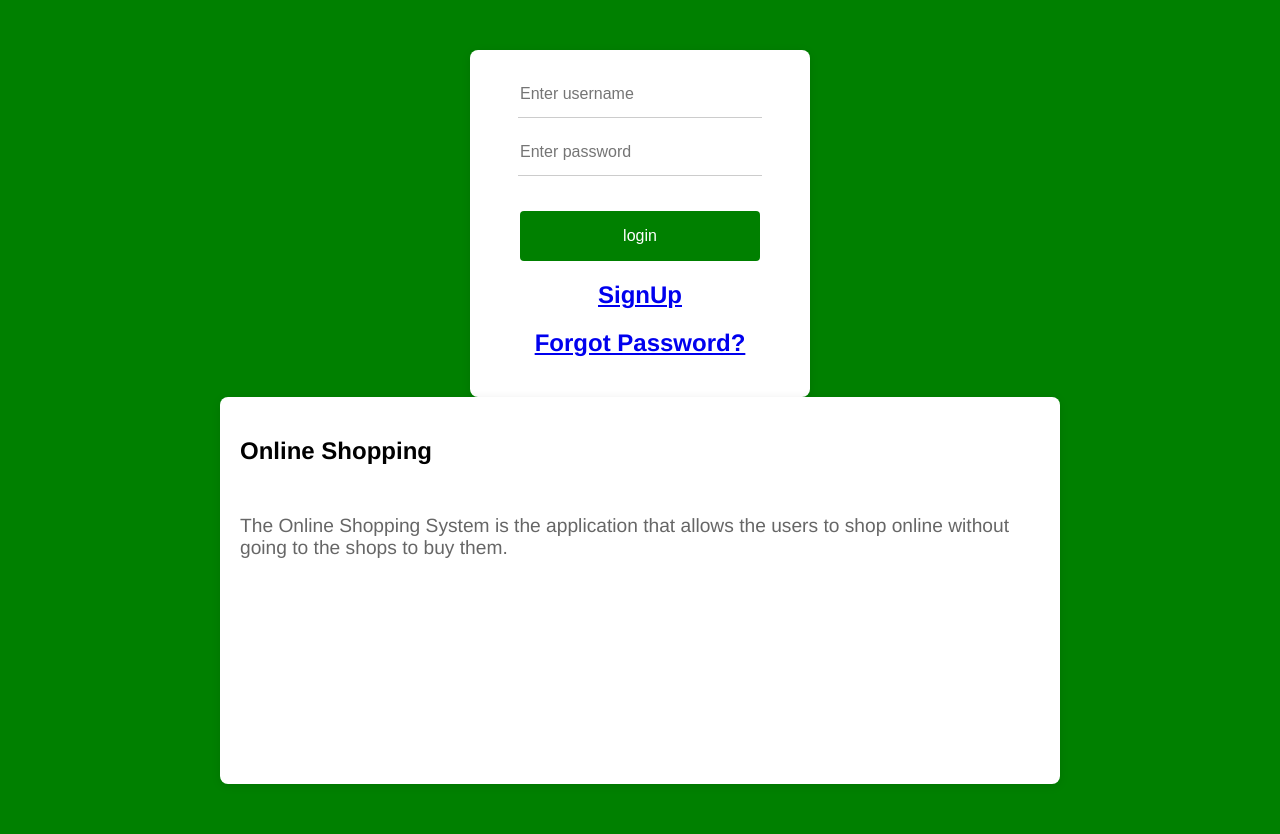
Repository: Dineshbabu290904/DigiMart
Page: http://localhost/DigiMart/login.jsp
An editor plug-in stored every save of this project. The page is shown before and after the next save, followed by the edit.
The browser window is 1280 px wide. The pictures show the whole page.
The page is served by Tomcat 9. Other server files are loaded and not shown.

Above is the page before, as saved 2024-10-15 04:01:26.

### DigiMart/src/main/webapp/login.jsp

<!DOCTYPE html>
<html>
<head>
<link rel="stylesheet" href="css/signup-style.css">
<title>Login</title>
</head>
<body>
<div id='container'>
  <div class='signup'>
     <form action="login" method="post">
     	<input type="text" name="username" placeholder="Enter username" required>
     	<input type="password" name="password" placeholder="Enter password" required>
     	<input type="submit" value="login">
     </form>
      <h2><a href="signup.jsp">SignUp</a></h2>
       <h2><a href="forgotPassword.jsp">Forgot Password?</a></h2>
  </div>
  <div class='whysignLogin'>
  		  <%
            String msg = request.getParameter("msg");
            if ("notexist".equals(msg)) {
          %>
          <h1>Incorrect Username or Password</h1>
          <% } else if ("invalid".equals(msg)) { %>
          <h1>Some thing Went Wrong! Try Again !</h1>
          <% } %>

    <h2>Online Shopping</h2>
    <p>The Online Shopping System is the application that allows the users to shop online without going to the shops to buy them.</p>
  </div>
</div>

</body>
</html>

### DigiMart/src/main/webapp/css/signup-style.css
body {
    background-color: green;
    font: 1em Helvetica, sans-serif;
}

#container {
    max-width: 840px; /* Maintain maximum width */
    margin: 50px auto; /* Center with margin on top */
}

.whysign,
.whysignLogin,
.whyforgotPassword,
.signup {
    background-color: white;
    border-radius: 0.5rem; /* Bootstrap's default border radius */
    padding: 20px; /* Padding inside cards */
    box-shadow: 0 2px 10px rgba(0, 0, 0, 0.1); /* Add shadow for depth */
}

.whysign {
    height: 528px;
}

.whysignLogin {
    height: 347px;
}

.whyforgotPassword {
    height: 470px;
}

.signup {
    width: 100%; /* Full width in the grid */
    max-width: 300px; /* Constrain width */
    margin: 0 auto; /* Center in the column */
    text-align: center;
}

[type=text],
[type=email],
[type=number],
[type=password],
select,
option {
    display: block;
    width: 80%; /* Responsive width */
    margin: 0 auto 10px; /* Center form controls */
    border: 0;
    border-bottom: 1px solid rgba(0, 0, 0, 0.2);
    height: 45px;
    line-height: 45px;
    font-size: 1em;
    color: black;
}

[type=submit] {
    margin-top: 25px;
    width: 80%; /* Full width of form */
    border: 0;
    background-color: green; /* Match the body background */
    border-radius: 0.25rem; /* Bootstrap button radius */
    height: 50px;
    color: white;
    font-weight: 400;
    font-size: 1em;
}

[type='text']:focus {
    outline: none;
    border-color: #53CACE; /* Focus border color */
}

h1 {
    color: red;
    font-weight: 900;
    font-size: 2.5em;
}

p {
    color: rgba(0, 0, 0, 0.6);
    font-size: 1.2em;
    margin: 50px 0; /* Keep margin for separation */
}

span {
    font-size: 0.75em;
    background-color: white;
    padding: 2px 5px;
    color: rgba(0, 0, 0, 0.6);
    border-radius: 2px;
    box-shadow: 1px 1px 1px rgba(0, 0, 0, 0.3);
    margin: 5px;
    transition: color 0.3s; /* Smooth color transition */
}

span:hover {
    color: #53CACE;
}

p:nth-of-type(2) {
    font-size: 1em;
}

/* Utility classes to override Bootstrap defaults */
.mb-4 {
    margin-bottom: 1.5rem !important; /* Customize margin-bottom for spacing */
}

.text-danger {
    color: red !important; /* Ensure red text for headings */
}

After the next save:
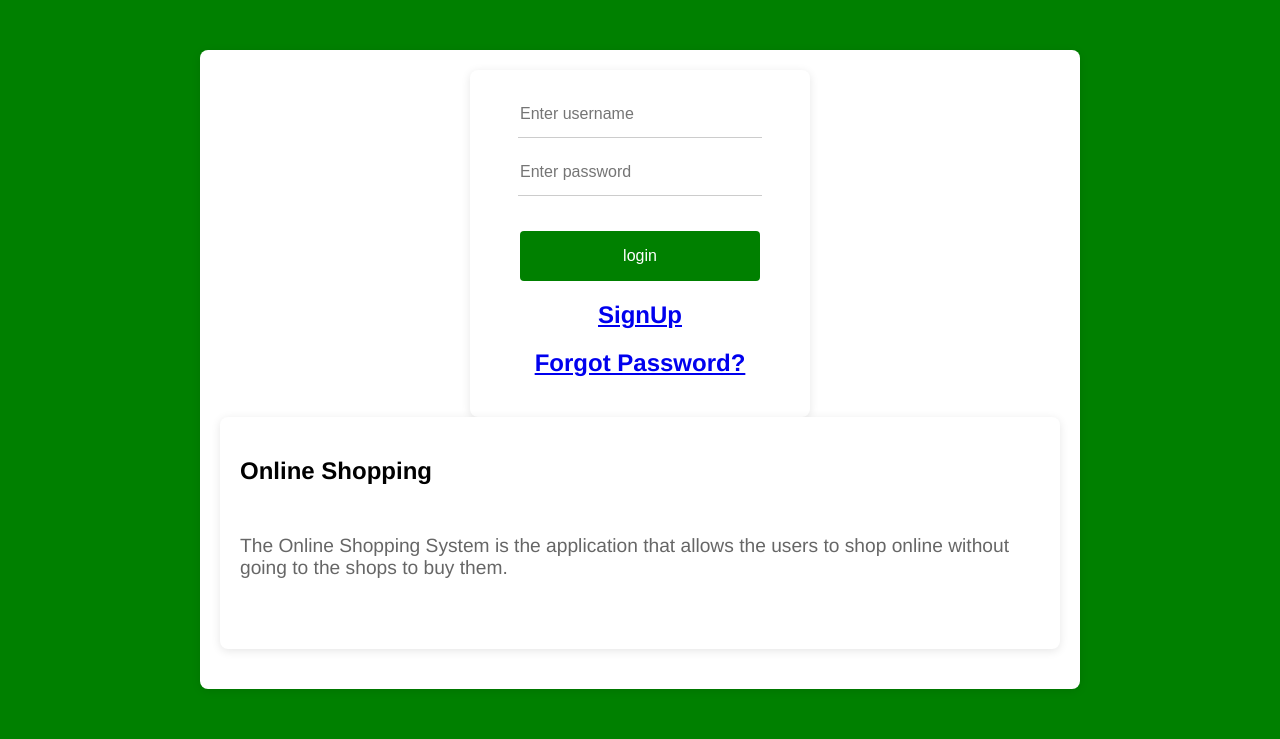
Saved 10 min 58 s later.
--- a/DigiMart/src/main/webapp/css/signup-style.css
+++ b/DigiMart/src/main/webapp/css/signup-style.css
@@ -6,6 +6,10 @@ body {
 #container {
     max-width: 840px; /* Maintain maximum width */
     margin: 50px auto; /* Center with margin on top */
+    padding: 20px; /* Add some padding for better spacing */
+    background-color: white; /* Background color for the container */
+    border-radius: 0.5rem; /* Rounded corners */
+    box-shadow: 0 2px 10px rgba(0, 0, 0, 0.1); /* Shadow for depth */
 }
 
 .whysign,
@@ -15,19 +19,20 @@ body {
     background-color: white;
     border-radius: 0.5rem; /* Bootstrap's default border radius */
     padding: 20px; /* Padding inside cards */
+    margin-bottom: 20px; /* Space between forms */
     box-shadow: 0 2px 10px rgba(0, 0, 0, 0.1); /* Add shadow for depth */
 }
 
 .whysign {
-    height: 528px;
+    height: auto; /* Auto height to accommodate content */
 }
 
 .whysignLogin {
-    height: 347px;
+    height: auto; /* Auto height to accommodate content */
 }
 
 .whyforgotPassword {
-    height: 470px;
+    height: auto; /* Auto height to accommodate content */
 }
 
 .signup {
